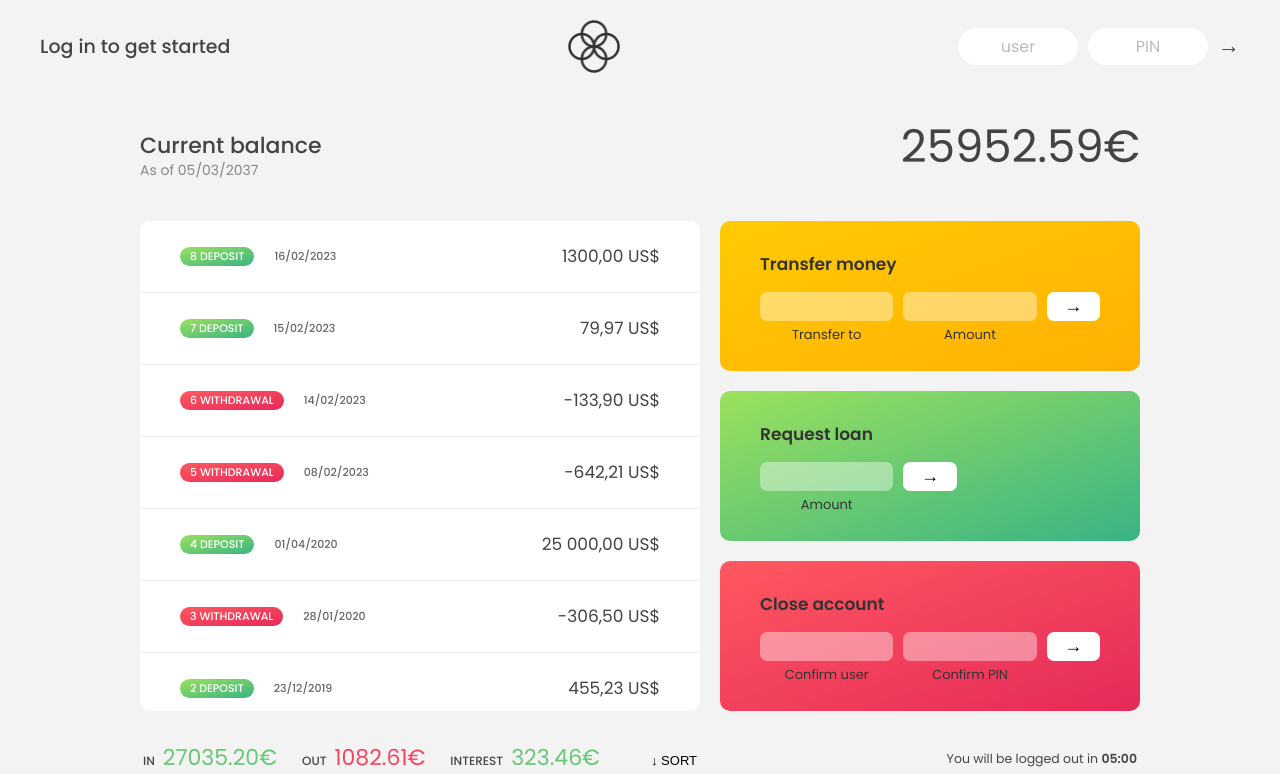
Repository: otvertka/jsc_12
Page: index.html
An editor plug-in stored every save of this project. The page is shown before and after the next save, followed by the edit.
The browser window is 1280 px wide. The pictures show the whole page.
An inner scrolling area shows only its first screen.

Above is the page before, as saved 2023-02-17 14:16:08.

### index.html
<!DOCTYPE html>
<html lang="en">
  <head>
    <meta charset="UTF-8" />
    <meta name="viewport" content="width=device-width, initial-scale=1.0" />
    <meta http-equiv="X-UA-Compatible" content="ie=edge" />
    <link rel="shortcut icon" type="image/png" href="/icon.png" />

    <link
      href="https://fonts.googleapis.com/css?family=Poppins:400,500,600&display=swap"
      rel="stylesheet"
    />

    <link rel="stylesheet" href="style.css" />
    <title>Bankist</title>
  </head>
  <body>
    <!-- TOP NAVIGATION -->
    <nav>
      <p class="welcome">Log in to get started</p>
      <img src="logo.png" alt="Logo" class="logo" />
      <form class="login">
        <input
          type="text"
          placeholder="user"
          class="login__input login__input--user"
        />
        <!-- In practice, use type="password" -->
        <input
          type="text"
          placeholder="PIN"
          maxlength="4"
          class="login__input login__input--pin"
        />
        <button class="login__btn">&rarr;</button>
      </form>
    </nav>

    <main class="app">
      <!-- BALANCE -->
      <div class="balance">
        <div>
          <p class="balance__label">Current balance</p>
          <p class="balance__date">
            As of <span class="date">05/03/2037</span>
          </p>
        </div>
        <p class="balance__value">0000€</p>
      </div>

      <!-- MOVEMENTS -->
      <div class="movements">
        <div class="movements__row">
          <div class="movements__type movements__type--deposit">2 deposit</div>
          <div class="movements__date">3 days ago</div>
          <div class="movements__value">4 000€</div>
        </div>
        <div class="movements__row">
          <div class="movements__type movements__type--withdrawal">
            1 withdrawal
          </div>
          <div class="movements__date">24/01/2037</div>
          <div class="movements__value">-378€</div>
        </div>
      </div>

      <!-- SUMMARY -->
      <div class="summary">
        <p class="summary__label">In</p>
        <p class="summary__value summary__value--in">0000€</p>
        <p class="summary__label">Out</p>
        <p class="summary__value summary__value--out">0000€</p>
        <p class="summary__label">Interest</p>
        <p class="summary__value summary__value--interest">0000€</p>
        <button class="btn--sort">&downarrow; SORT</button>
      </div>

      <!-- OPERATION: TRANSFERS -->
      <div class="operation operation--transfer">
        <h2>Transfer money</h2>
        <form class="form form--transfer">
          <input type="text" class="form__input form__input--to" />
          <input type="number" class="form__input form__input--amount" />
          <button class="form__btn form__btn--transfer">&rarr;</button>
          <label class="form__label">Transfer to</label>
          <label class="form__label">Amount</label>
        </form>
      </div>

      <!-- OPERATION: LOAN -->
      <div class="operation operation--loan">
        <h2>Request loan</h2>
        <form class="form form--loan">
          <input type="number" class="form__input form__input--loan-amount" />
          <button class="form__btn form__btn--loan">&rarr;</button>
          <label class="form__label form__label--loan">Amount</label>
        </form>
      </div>

      <!-- OPERATION: CLOSE -->
      <div class="operation operation--close">
        <h2>Close account</h2>
        <form class="form form--close">
          <input type="text" class="form__input form__input--user" />
          <input
            type="password"
            maxlength="6"
            class="form__input form__input--pin"
          />
          <button class="form__btn form__btn--close">&rarr;</button>
          <label class="form__label">Confirm user</label>
          <label class="form__label">Confirm PIN</label>
        </form>
      </div>

      <!-- LOGOUT TIMER -->
      <p class="logout-timer">
        You will be logged out in <span class="timer">05:00</span>
      </p>
    </main>

    <!-- <footer>
      &copy; by Jonas Schmedtmann. Don't claim as your own :)
    </footer> -->

    <script src="script.js"></script>
  </body>
</html>

### script.js
'use strict';

/////////////////////////////////////////////////
/////////////////////////////////////////////////
// BANKIST APP

/////////////////////////////////////////////////
// Data

// DIFFERENT DATA! Contains movement dates, currency and locale

const account1 = {
  owner: 'Jonas Schmedtmann',
  movements: [200, 455.23, -306.5, 25000, -642.21, -133.9, 79.97, 1300],
  interestRate: 1.2, // %
  pin: 1111,

  movementsDates: [
    '2019-11-18T21:31:17.178Z',
    '2019-12-23T07:42:02.383Z',
    '2020-01-28T09:15:04.904Z',
    '2020-04-01T10:17:24.185Z',
    '2023-02-08T14:11:59.604Z',
    '2023-02-14T17:01:17.194Z',
    '2023-02-15T23:36:17.929Z',
    '2023-02-16T10:51:36.790Z',
  ],
  currency: 'EUR',
  locale: 'pt-PT', // de-DE
};

const account2 = {
  owner: 'Jessica Davis',
  movements: [5000, 3400, -150, -790, -3210, -1000, 8500, -30],
  interestRate: 1.5,
  pin: 2222,

  movementsDates: [
    '2019-11-01T13:15:33.035Z',
    '2019-11-30T09:48:16.867Z',
    '2019-12-25T06:04:23.907Z',
    '2020-01-25T14:18:46.235Z',
    '2020-02-05T16:33:06.386Z',
    '2020-04-10T14:43:26.374Z',
    '2020-06-25T18:49:59.371Z',
    '2020-07-26T12:01:20.894Z',
  ],
  currency: 'USD',
  locale: 'en-US',
};

const accounts = [account1, account2];

/////////////////////////////////////////////////
// Elements
const labelWelcome = document.querySelector('.welcome');
const labelDate = document.querySelector('.date');
const labelBalance = document.querySelector('.balance__value');
const labelSumIn = document.querySelector('.summary__value--in');
const labelSumOut = document.querySelector('.summary__value--out');
const labelSumInterest = document.querySelector('.summary__value--interest');
const labelTimer = document.querySelector('.timer');

const containerApp = document.querySelector('.app');
const containerMovements = document.querySelector('.movements');

const btnLogin = document.querySelector('.login__btn');
const btnTransfer = document.querySelector('.form__btn--transfer');
const btnLoan = document.querySelector('.form__btn--loan');
const btnClose = document.querySelector('.form__btn--close');
const btnSort = document.querySelector('.btn--sort');

const inputLoginUsername = document.querySelector('.login__input--user');
const inputLoginPin = document.querySelector('.login__input--pin');
const inputTransferTo = document.querySelector('.form__input--to');
const inputTransferAmount = document.querySelector('.form__input--amount');
const inputLoanAmount = document.querySelector('.form__input--loan-amount');
const inputCloseUsername = document.querySelector('.form__input--user');
const inputClosePin = document.querySelector('.form__input--pin');

/////////////////////////////////////////////////
// Functions
const formatMovementDate = function (date, locale) {
  const calcDaysPassed = (date1, date2) =>
    Math.round(Math.abs(date2 - date1) / (1000 * 60 * 60 * 24));

  const daysPassed = calcDaysPassed(new Date(), date);
  console.log(daysPassed);

  if (daysPassed === 0) return 'Today';
  if (daysPassed === 1) return 'Yesterday';
  if (daysPassed <= 7) return `${daysPassed} days ago`;

  // const now = new Date();
  // const day = `${date.getDate()}`.padStart(2, 0); // дата начинается с 01 (2 - колич. цифр, 0 - начало отсчёта)
  // const month = `${date.getMonth() + 1}`.padStart(2, 0); // месяц начинается с 01 (2 - колич. цифр, 0 - начало отсчёта)
  // const year = date.getFullYear();

  // return `${day}/${month}/${year}`;
  return new Intl.DateTimeFormat(locale).format(date);
};

const displayMovements = function (acc, sort = false) {
  containerMovements.innerHTML = '';

  const movs = sort
    ? acc.movements.slice().sort((a, b) => a - b)
    : acc.movements;

  movs.forEach(function (mov, i) {
    const type = mov > 0 ? 'deposit' : 'withdrawal';

    const date = new Date(acc.movementsDates[i]);
    const displayDate = formatMovementDate(date, acc.locale);

    const formattedMov = new Intl.NumberFormat(acc.locale, {
      style: 'currency',
      currency: 'USD',
    }).format(mov);

    const html = `
      <div class="movements__row">
        <div class="movements__type movements__type--${type}">${
      i + 1
    } ${type}</div>
        <div class="movements__date">${displayDate}</div>
        <div class="movements__value">${formattedMov}</div>
      </div>
    `;

    containerMovements.insertAdjacentHTML('afterbegin', html);
  });
};

const calcDisplayBalance = function (acc) {
  acc.balance = acc.movements.reduce((acc, mov) => acc + mov, 0);
  labelBalance.textContent = `${acc.balance.toFixed(2)}€`;
};

const calcDisplaySummary = function (acc) {
  const incomes = acc.movements
    .filter(mov => mov > 0)
    .reduce((acc, mov) => acc + mov, 0);
  labelSumIn.textContent = `${incomes.toFixed(2)}€`;

  const out = acc.movements
    .filter(mov => mov < 0)
    .reduce((acc, mov) => acc + mov, 0);
  labelSumOut.textContent = `${Math.abs(out).toFixed(2)}€`;

  const interest = acc.movements
    .filter(mov => mov > 0)
    .map(deposit => (deposit * acc.interestRate) / 100)
    .filter((int, i, arr) => {
      // console.log(arr);
      return int >= 1;
    })
    .reduce((acc, int) => acc + int, 0);
  labelSumInterest.textContent = `${interest.toFixed(2)}€`;
};

const createUsernames = function (accs) {
  accs.forEach(function (acc) {
    acc.username = acc.owner
      .toLowerCase()
      .split(' ')
      .map(name => name[0])
      .join('');
  });
};
createUsernames(accounts);

const updateUI = function (acc) {
  // Display movements
  displayMovements(acc);

  // Display balance
  calcDisplayBalance(acc);

  // Display summary
  calcDisplaySummary(acc);
};

///////////////////////////////////////
// Event handlers
let currentAccount;

// FAKE ALWAYS LOGGED IN
currentAccount = account1;
updateUI(currentAccount);
containerApp.style.opacity = 100;

btnLogin.addEventListener('click', function (e) {
  // Prevent form from submitting
  e.preventDefault();

  currentAccount = accounts.find(
    acc => acc.username === inputLoginUsername.value
  );
  console.log(currentAccount);

  if (currentAccount?.pin === +inputLoginPin.value) {
    // Display UI and message
    labelWelcome.textContent = `Welcome back, ${
      currentAccount.owner.split(' ')[0]
    }`;
    containerApp.style.opacity = 100;

    // Create current date and time
    const now = new Date();
    const options = {
      hour: 'numeric',
      minute: 'numeric',
      day: 'numeric',
      month: 'numeric',
      year: 'numeric',
      // weekday: 'long',
    };
    // Experimenting API

    // const locale = navigator.language; // считывает язык браузера пользователя
    // console.log(locale);

    labelDate.textContent = new Intl.DateTimeFormat(
      currentAccount.locale,
      options
    ).format(now); // ПЕреводим в формат страны
    // const day = `${now.getDate()}`.padStart(2, 0); // дата начинается с 01 (2 - колич. цифр, 0 - начало отсчёта)
    // const month = `${now.getMonth() + 1}`.padStart(2, 0); // месяц начинается с 01 (2 - колич. цифр, 0 - начало отсчёта)
    // const year = now.getFullYear();
    // const hour = `${now.getHours()}`.padStart(2, 0);
    // const min = `${now.getMinutes()}`.padStart(2, 0);
    // labelDate.textContent = `${day}/${month}/${year}, ${hour}: ${min}`;
    // day/month/year

    // Clear input fields
    inputLoginUsername.value = inputLoginPin.value = '';
    inputLoginPin.blur();

    // Update UI
    updateUI(currentAccount);
  }
});

btnTransfer.addEventListener('click', function (e) {
  e.preventDefault();
  const amount = +inputTransferAmount.value;
  const receiverAcc = accounts.find(
    acc => acc.username === inputTransferTo.value
  );
  inputTransferAmount.value = inputTransferTo.value = '';

  if (
    amount > 0 &&
    receiverAcc &&
    currentAccount.balance >= amount &&
    receiverAcc?.username !== currentAccount.username
  ) {
    // Doing the transfer
    currentAccount.movements.push(-amount);
    receiverAcc.movements.push(amount);

    // Add transfer date
    currentAccount.movementsDates.push(new Date().toISOString()); // добавляем текущую дату в поле транзакций
    receiverAcc.movementsDates.push(new Date().toISOString()); // добавляем текущую дату в поле транзакций

    // Update UI
    updateUI(currentAccount);
  }
});

btnLoan.addEventListener('click', function (e) {
  e.preventDefault();

  const amount = Math.floor(inputLoanAmount.value);

  if (amount > 0 && currentAccount.movements.some(mov => mov >= amount * 0.1)) {
    // Add movement
    currentAccount.movements.push(amount);

    //  добавляем текущую дату в поле кредитов
    currentAccount.movementsDates.push(new Date().toISOString()); // добавляем текущую дату в поле транзакций

    // Update UI
    updateUI(currentAccount);
  }
  inputLoanAmount.value = '';
});

btnClose.addEventListener('click', function (e) {
  e.preventDefault();

  if (
    inputCloseUsername.value === currentAccount.username &&
    +inputClosePin.value === currentAccount.pin
  ) {
    const index = accounts.findIndex(
      acc => acc.username === currentAccount.username
    );
    console.log(index);
    // .indexOf(23)

    // Delete account
    accounts.splice(index, 1);

    // Hide UI
    containerApp.style.opacity = 0;
  }

  inputCloseUsername.value = inputClosePin.value = '';
});

let sorted = false;
btnSort.addEventListener('click', function (e) {
  e.preventDefault();
  displayMovements(currentAccount.movements, !sorted);
  sorted = !sorted;
});

/////////////////////////////////////////////////
/////////////////////////////////////////////////
// LECTURES #1 Converting and Checking Numbers

console.log(23 === 23.0); // true
// Base 10 - 0 to 9
// Binary base 2 - 0 1
console.log(0.1 + 0.2); // 0.30000000000000004
console.log(0.1 + 0.2 === 0.3); // false

console.log(Number('23')); // 23
console.log(+'23'); // 23

// Parsing   Метод Number.parseInt() разбирает строковый аргумент и возвращает целое число. Этот метод ведёт себя идентично глобальной функции parseInt() и является частью ECMAScript 6 (его целью является модуляризация глобальных сущностей).
console.log(Number.parseInt('30px')); //30
// Метод Number.parseFloat() разбирает строковый аргумент и возвращает число с плавающей запятой.
console.log(Number.parseInt(' 2.5rem')); // 2
console.log(Number.parseFloat(' 2.5rem')); // 2.5

// console.log(parseFloat(' 2.5rem')); // 2.5

// Метод Number.isNaN() определяет, является ли переданное значение NaN. Это более надёжная версия оригинальной глобальной функции isNaN().
// Проверка, на значение is NaN
console.log(Number.isNaN(20)); // false
console.log(Number.isNaN('20')); // false
console.log(Number.isNaN(+'20X')); // true
console.log(Number.isNaN(23 / 0)); // Infinity// false

// Метод Number.isFinite() определяет, является ли переданное значение конечным числом.
// Проверка, это число или нет
console.log(Number.isFinite(20)); // true
console.log(Number.isFinite('20')); // false , т.к. это строка
console.log(Number.isFinite(+'20X')); // false
console.log(Number.isFinite(23 / 0)); // false ,  т.к. это Infinity

// Метод Number.isInteger() определяет, является ли переданное значение целым числом.
console.log(Number.isInteger(23)); // true
console.log(Number.isInteger(23.0)); // true
console.log(Number.isInteger(23 / 0)); // Infinity// false

/// LECT Math and Rounding
console.log(Math.sqrt(25)); // 5
console.log(25 ** (1 / 2)); // 5
console.log(8 ** (1 / 3)); // 2  кубический корень из 8 = 2

console.log(Math.max(5, 18, 23, 11, 2)); // 23
console.log(Math.max(5, 18, '23', 11, 2)); // 23
console.log(Math.max(5, 18, '23px', 11, 2)); // NaN

console.log(Math.min(5, 18, 23, 11, 2)); // 2

console.log(Math.PI * Number.parseFloat('10px') ** 2); // 314.1592653589793 . Считаем площадь круга, радиусом 10px

console.log(Math.trunc(Math.random() * 6) + 1); // Сгенерировать произвольные числа от 1- 5
// Функция генерирования случайных чисел в диапазоне мин - макс
const randomInt = (min, max) =>
  Math.floor(Math.random() * (max - min) + 1) + min;
// 0...1 -> 0...(max - min) -> min... max
console.log(randomInt(-10, 20));

// Округление целых чисел
console.log(Math.trunc(23)); // 23

console.log(Math.round(23.3)); // 23
console.log(Math.round(23.9)); // 24

console.log(Math.ceil(23.3)); // 24
console.log(Math.ceil(23.9)); // 24

console.log(Math.floor(23.3)); // 23
console.log(Math.floor('23.9')); // 23

console.log(Math.trunc(-23.3)); // - 23
console.log(Math.floor(-23.3)); // -24

// Округление десятичных чисел
console.log((2.7).toFixed(0)); // 3 возвращает СТРОКУ 3
console.log((2.7).toFixed(3)); // 2.700 возвращает СТРОКУ 3
console.log((2.345).toFixed(2)); // 2.35 возвращает СТРОКУ
console.log(+(2.345).toFixed(2)); // 2.35 возвращает ЧИСЛО

// LECT The Remainder Operator. Остаток от деления
console.log(5 % 2); // 1
console.log(8 % 3); // 2

console.log(6 % 2); // 0

const isEven = n => n % 2 === 0;
console.log(isEven(8)); // true
console.log(isEven(23)); // false
console.log(isEven(514)); // true

labelBalance.addEventListener('click', function () {
  [...document.querySelectorAll('.movements__row')].forEach(function (row, i) {
    // 0 , 2, 4, 6
    if (i % 2 === 0) row.style.backgroundColor = ' orangered'; //
    // 0, 3, 6, 9
    if (i % 3 === 0) row.style.backgroundColor = ' blue';
  });
});

// LECT . Numeric Separators . числовые разделители
// 287,460,000,000
// const diametr = 287_460_000_000;
// console.log(diametr); // 287460000000

// const priceCents = 345_99;
// console.log(priceCents); // 34599

// const transferFee1 = 15_00;
// const transferFee2 = 1_500;

// const PI = 3.1415;
// console.log(PI); /// 3.1415

// console.log(Number('230_000')); // NaN
// console.log(parseInt('230_000')); // 230

// //  LECT . Working with BigInt. BigInt – это специальный числовой тип, который предоставляет возможность работать с целыми числами произвольной длины. Чтобы создать значение типа BigInt, необходимо добавить n в конец числового литерала или вызвать функцию BigInt, которая создаст число типа BigInt из переданного аргумента. Аргументом может быть число, строка и др.
// console.log(2 ** 53 - 1); // 9007199254740991
// console.log(Number.MAX_SAFE_INTEGER); // 9007199254740991
// console.log(2 ** 53 + 1); // 9007199254740992
// console.log(2 ** 53 + 2); // 9007199254740994
// console.log(2 ** 53 + 3); // 9007199254740996
// console.log(2 ** 53 + 4); // 9007199254740996

// console.log(4932423432434234234234234234324234234234n);
// console.log(BigInt(49324));

// // Operations
// console.log(10000n + 10000n); // 20000n
// console.log(365435435345345435345345345435345n * 10000000n); // 3654354353453454353453453454353450000000n

// // const huge = 20289830233434343434n;
// // // const num = 23;
// // // console.log(huge * num); // Ошибка. т.к. нельзя смешивать BigInt  другими типами
// // console.log(huge * BigInt(num)); // После конвертации будет работать 466666095368989898982n

// // Исключения
// console.log(20n > 15); // true
// console.log(20n === 20); // false , т.к. разные типы
// console.log(typeof 20n); // bigint
// console.log(20n == '20'); // true

// //
// console.log(huge + ' is REALLY big !! ');

// // Divisions.
// console.log(11n / 3n); // 3n
// console.log(10 / 3); // 3.3333333333333335

// LECT Creating Dates
// Create a date
// const now = new Date();
// console.log(now);

// console.log(new Date('Thu Feb 16 2023 15:12:06'));
// console.log(new Date('December 24, 2015'));
// console.log(new Date(account1.movementsDates[0]));

// console.log(new Date(2037, 10, 19, 15, 23, 5));
// console.log(new Date(2037, 10, 31)); // Tue Dec 01 , а не ноябрь

// console.log(new Date(0)); // Thu Jan 01 1970 03:00:00
// console.log(new Date(3 * 24 * 60 * 60 * 1000)); // Sun Jan 04 1970 03:00:00

// Working with Dates
// const future = new Date(2037, 10, 19, 15, 23, 5);
// console.log(future);
// console.log(future.getFullYear()); // 2037
// console.log(future.getMonth()); // 10
// console.log(future.getDay()); // 4
// console.log(future.getHours()); // 15
// console.log(future.getMinutes()); // 23
// console.log(future.getSeconds()); // 5
// console.log(future.toISOString()); // 2037-11-19T13:23:05.000Z
// console.log(future.getTime());

// console.log(new Date(2142249785000)); // Thu Nov 19 2037 15:23:05 GMT+0200 (Восточная Европа, стандартное время)

// console.log(Date.now()); // 1676554023559

// future.setFullYear(2040);
// console.log(future); // Mon Nov 19 2040 15:23:05 GMT+0200 (Восточная Европа, стандартное время)

// LECT Operations With Dates
const future = new Date(2037, 10, 19, 15, 23, 5);
console.log(+future);

const cacDaysPassed = (date1, date2) =>
  Math.abs(date2 - date1) / (1000 * 60 * 60 * 24);

const days1 = cacDaysPassed(new Date(2037, 3, 4), new Date(2037, 3, 14));
console.log(days1);

// LECT Internationalizing Numbers (Intl)
const num = 38847423.23;
const options = {
  style: 'currency',
  unit: 'celsius',
  currency: 'EUR',
  // useGrouping: false, // убирает разделители в цифре
};
console.log('US:     ', new Intl.NumberFormat('en-US', options).format(num)); // US:      38,847,423.23
console.log(
  'Germany:     ',
  new Intl.NumberFormat('de-DE', options).format(num)
); //  Germany:      38.847.423,23
console.log('Syria:     ', new Intl.NumberFormat('ar-SY', options).format(num)); //  Syria:      ٣٨٬٨٤٧٬٤٢٣٫٢٣
console.log(
  navigator.language,
  new Intl.NumberFormat(navigator.language).format(num)
); // ru 38 847 423,23

Loaded but not shown: style.css (297 lines, source omitted)

After the next save:
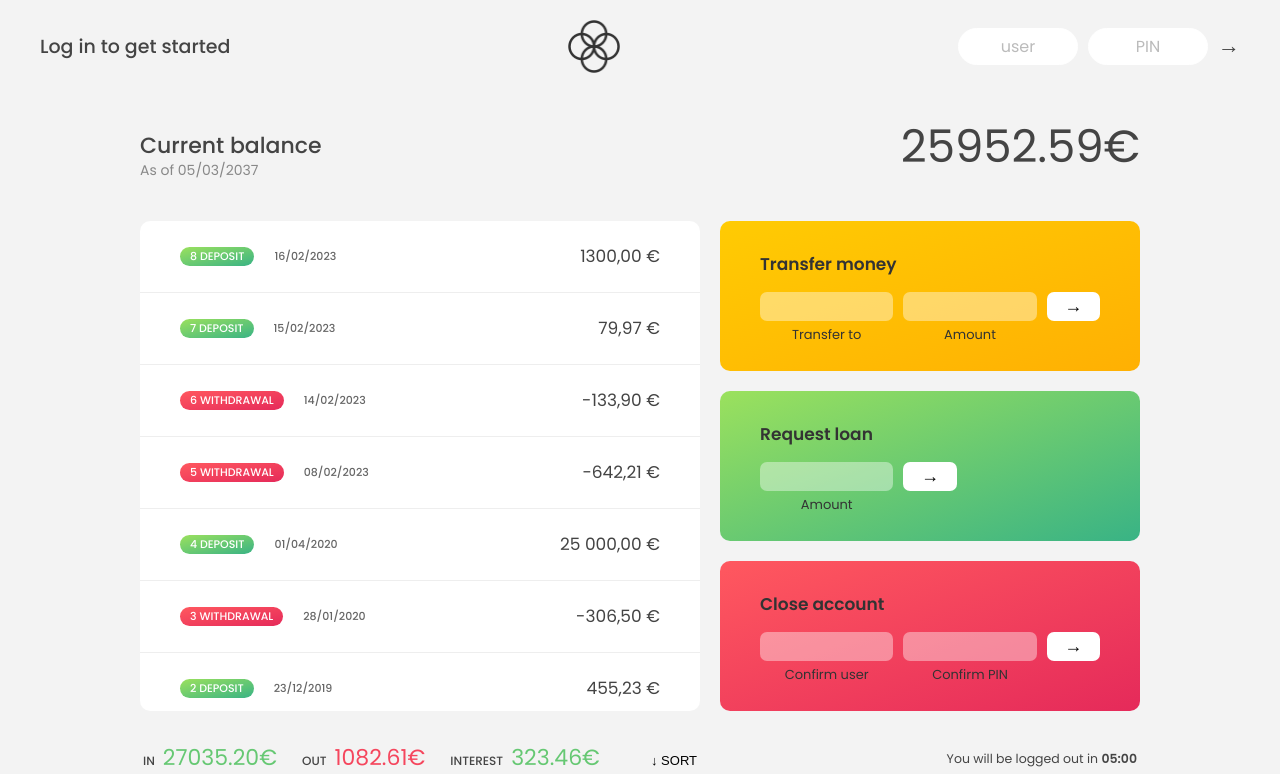
Saved 116 s later.
--- a/script.js
+++ b/script.js
@@ -115,7 +115,7 @@ const displayMovements = function (acc, sort = false) {
 
     const formattedMov = new Intl.NumberFormat(acc.locale, {
       style: 'currency',
-      currency: 'USD',
+      currency: acc.currency,
     }).format(mov);
 
     const html = `
